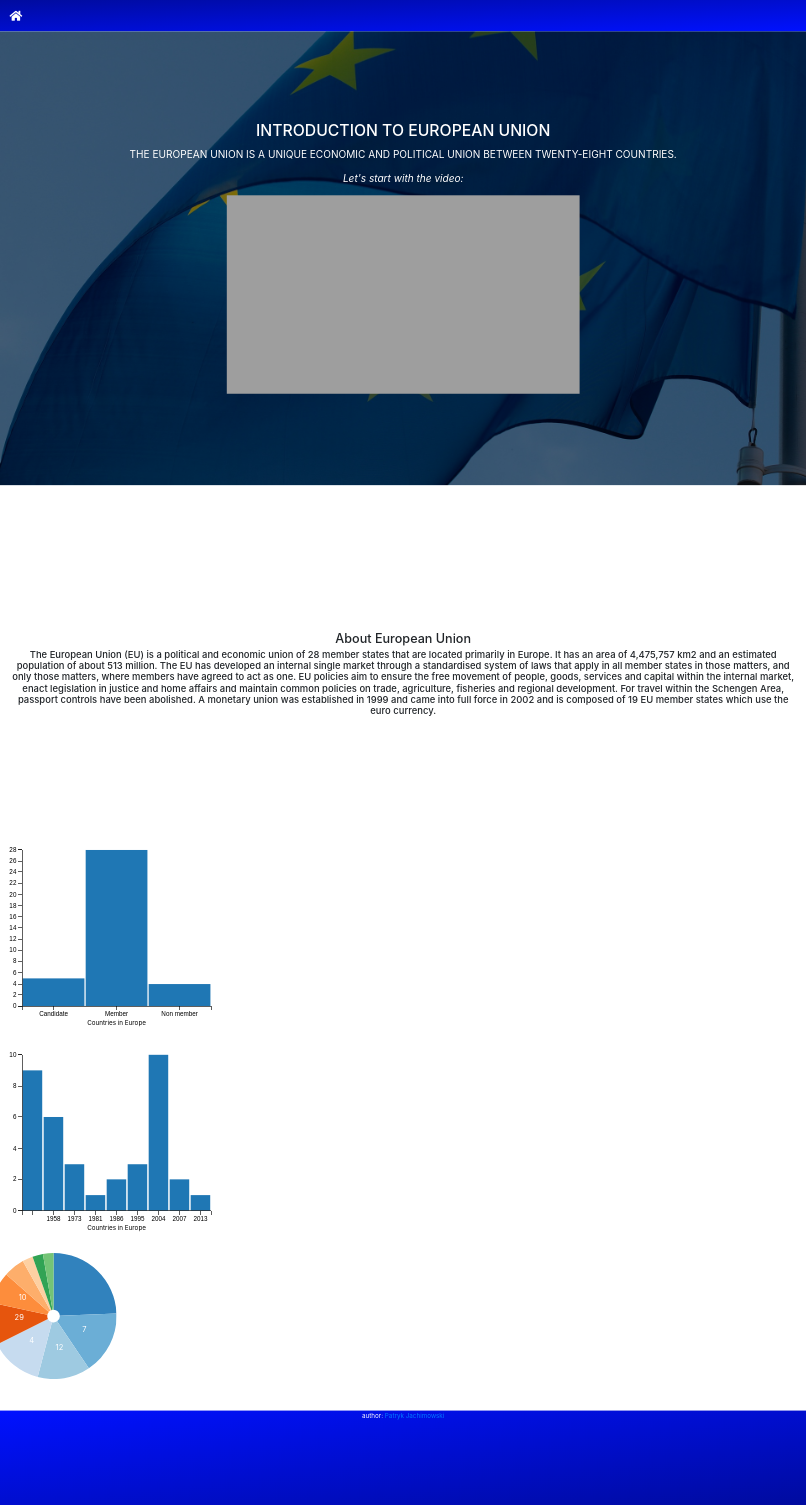
Repository: pjachimowski/renewable
Page: index.html
The author's editor kept a record of every edit. The page is drawn from the files as they stood at one moment, then again after the next edit.
The browser window is 1280 px wide. The pictures show the whole page, at 63% of full size.
Pictures or frames that could not be fetched are drawn as grey boxes. Backgrounds fixed to the window are drawn as part of the page. Some web fonts or font styles are not loaded; a fallback is used. Some web libraries are served in a nearby version.

Above is the page before.

After the next edit:
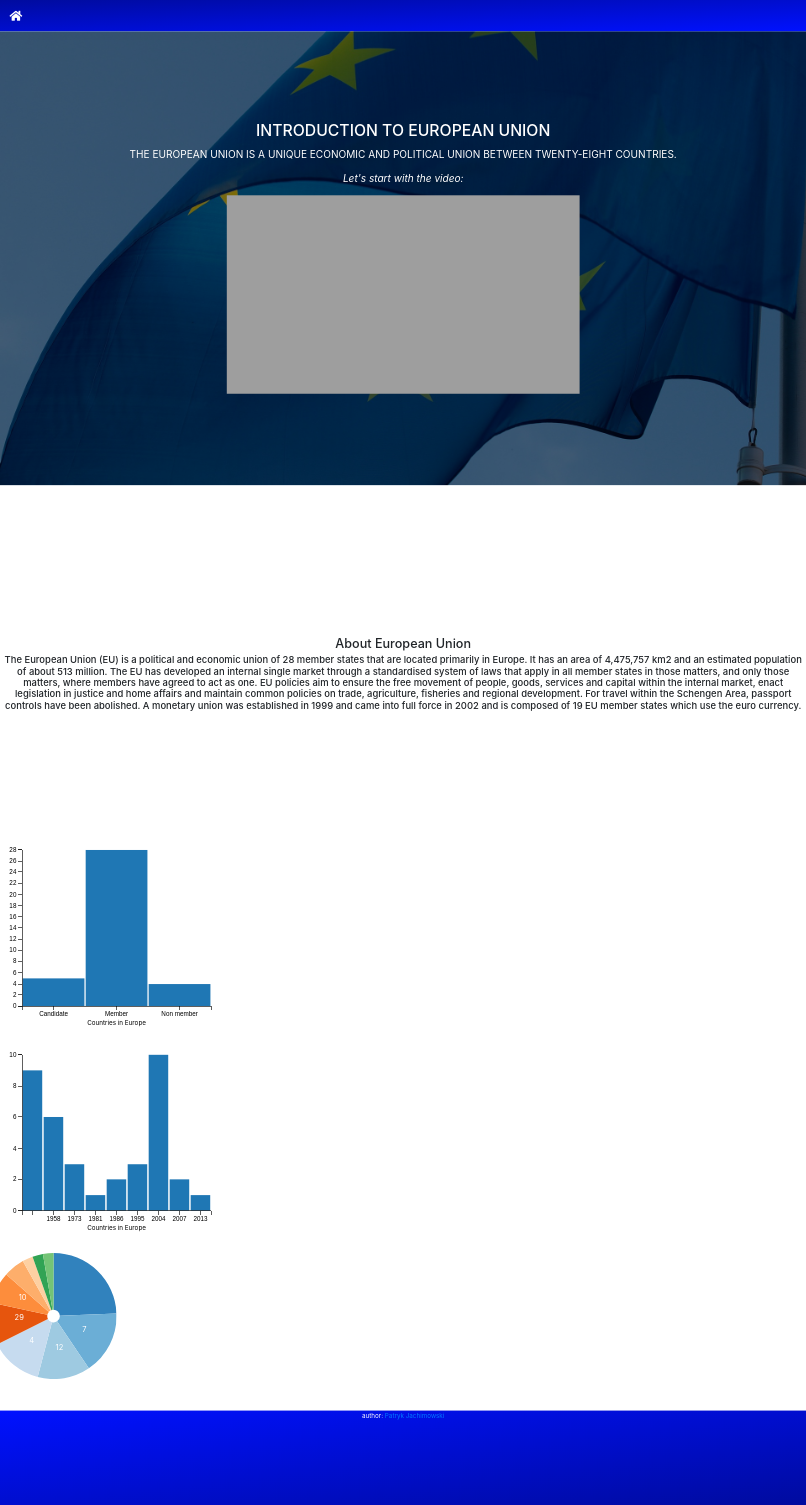
The edit:
--- a/index.html
+++ b/index.html
@@ -56,7 +56,7 @@
     </section>
     <!------- intro ------->
 
-    <section class="container-fluid  container-callout-2">
+    <section class="container-callout-2">
         <div class="row">
             <div class="col-12 intro text-center">
                 <div>
